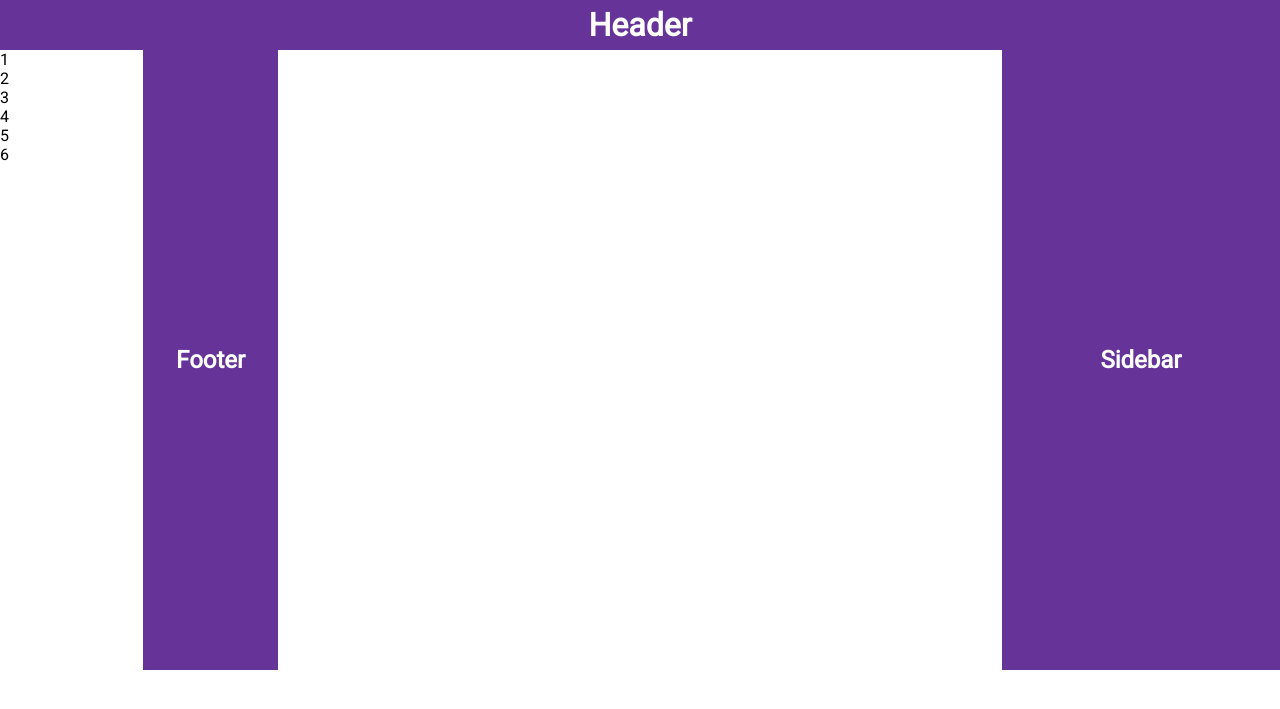
Repository: JavaProgrammerFromEastEurope/project-css-full-tutorial
Page: 15_lesson/index.html
These files come from the project's save history. The page is drawn as it stood at one moment and after a run of saves; the edit follows.
The browser window is 1280 px wide. The pictures show the whole page.

Above is the page before, as saved 2023-04-07 11:48:15.

After the next 3 saves:
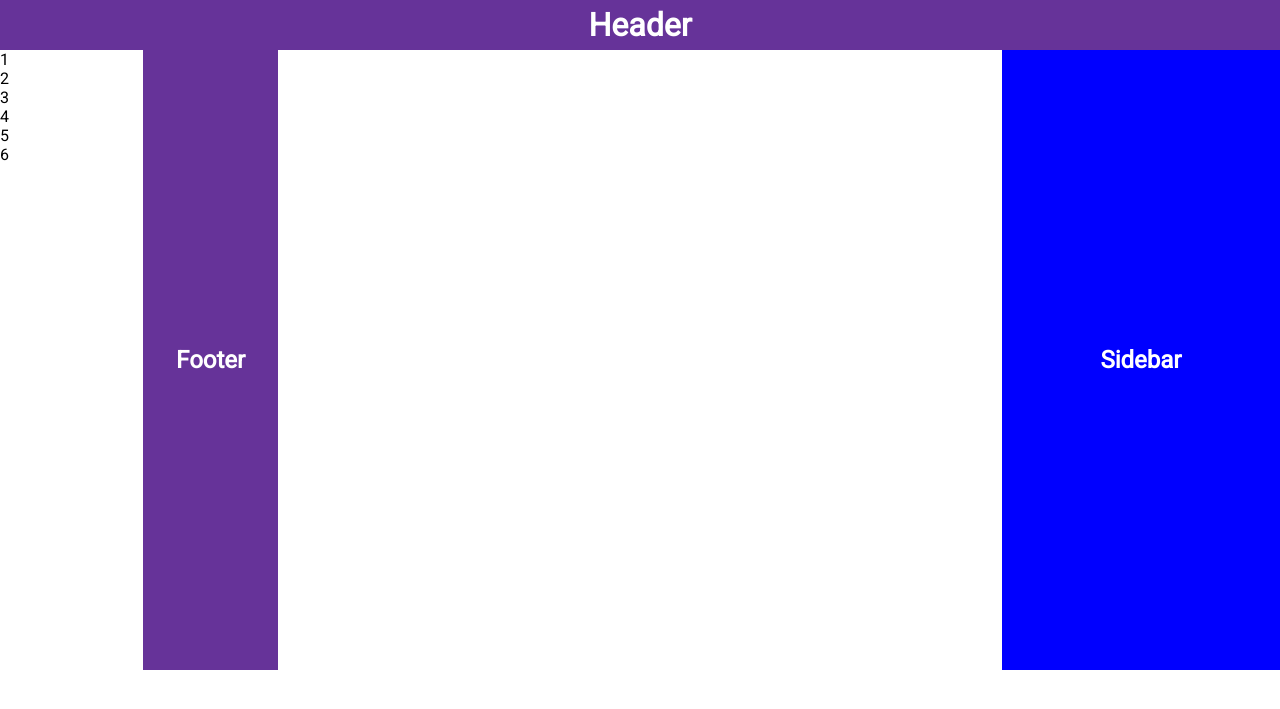
The 3 saves are shown as one change because they came seconds apart.
The last was saved 11 s later.
--- a/15_lesson/css/style.css
+++ b/15_lesson/css/style.css
@@ -21,16 +21,17 @@ body {
 }
 
 .el {
-	background-color: rebeccapurple;
-	color: #fff;
-	display: grid;
-	place-content: center;
+  background-color: rebeccapurple;
+  color: #fff;
+  display: grid;
+  place-content: center;
 }
 
 .header {
-	grid-area: hd;
+  grid-area: hd;
 }
 
 .sidebar {
-	grid-area: sb
+  grid-area: sb;
+  background-color: #00f;
 }
